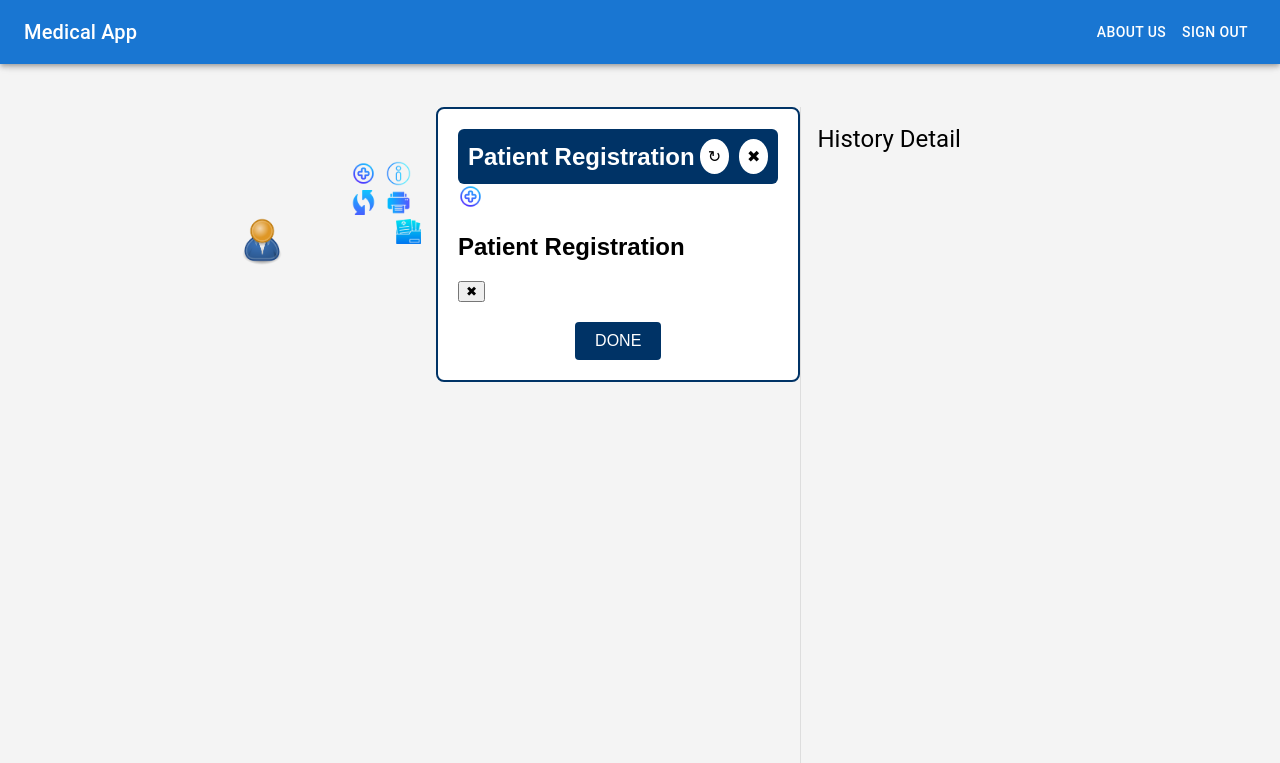
Repository: sshaiv/demo_project
Page: /, after clicking the first element matching `div.container > img`
These files come from the project's save history. The page is drawn as it stood at one moment and after a run of saves; the edit follows.
The browser window is 1280 px wide. The pictures show the whole page.
The project was rebuilt for these pictures with package versions that can differ from the ones it lists, and the page was loaded fresh each time.

Above is the page before, as saved 2024-08-12 22:08:46.

After the next 2 saves:
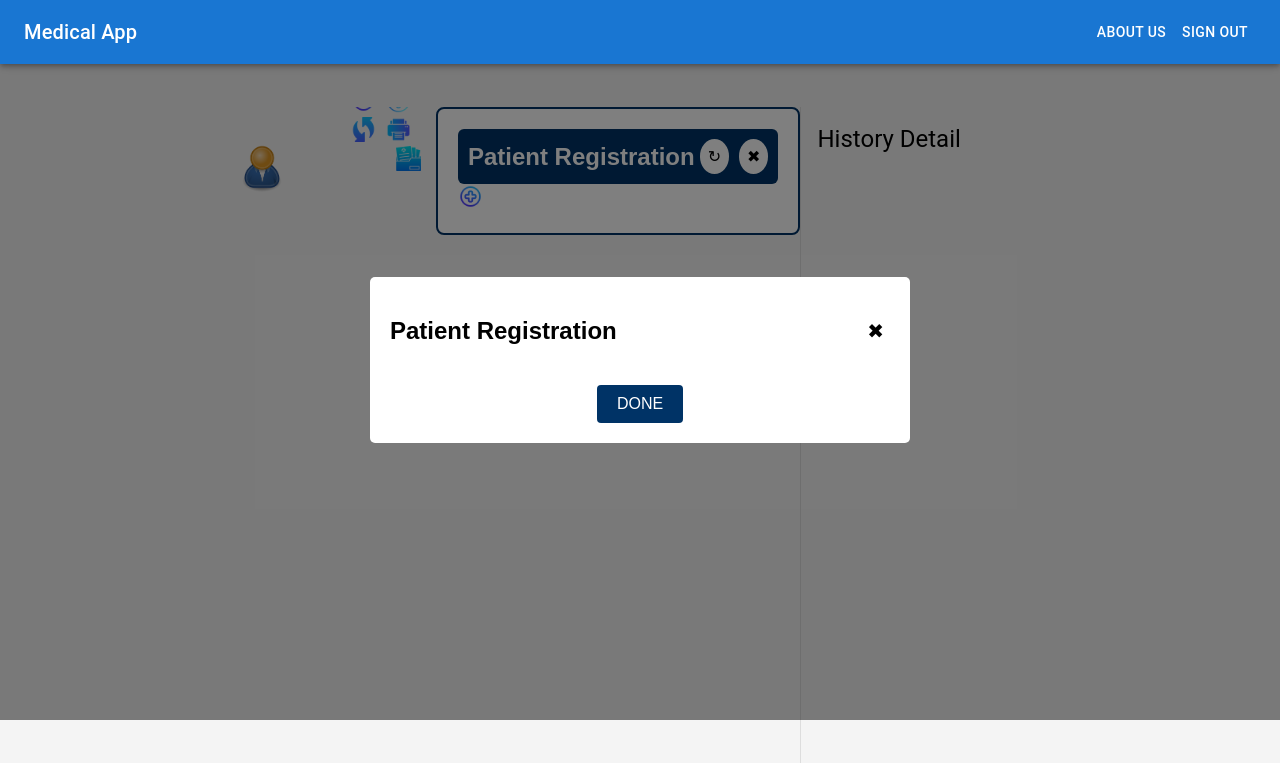
The 2 saves are shown as one change because they came seconds apart.
The last was saved 21 s later.
--- a/src/cssfile/style.css
+++ b/src/cssfile/style.css
@@ -94,3 +94,36 @@ body {
     cursor: pointer;
     font-size: 16px;
   }
+
+  .modal-overlay {
+    position: fixed;
+    top: 0;
+    left: 0;
+    width: 100%;
+    height: 100%;
+    background-color: rgba(0, 0, 0, 0.5);
+    display: flex;
+    justify-content: center;
+    align-items: center;
+  }
+
+  .modal-content {
+    background-color: white;
+    padding: 20px;
+    border-radius: 5px;
+    width: 500px;
+    max-width: 90%;
+  }
+
+  .modal-header {
+    display: flex;
+    justify-content: space-between;
+    align-items: center;
+  }
+
+  .close-btn {
+    background: none;
+    border: none;
+    font-size: 20px;
+    cursor: pointer;
+  }
